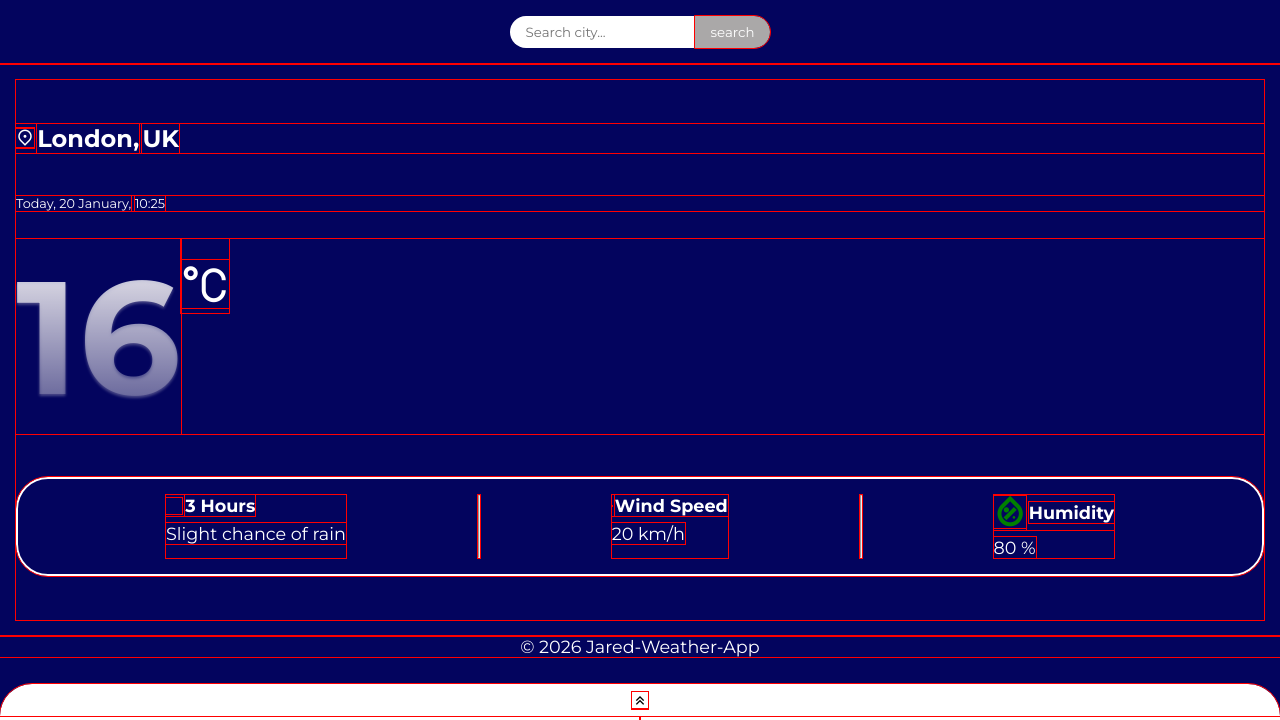
Repository: EguJaredoBoyd/Jared-Weather-App
Page: main.html
The author's editor kept a copy of each file at every save. The page is drawn from the files as they stood at one save, then again after the next save.
The browser window is 1280 px wide. The pictures show the whole page.
Some icons come from a web library that is not loaded, so they are not drawn. Some web libraries are served in a nearby version.

Above is the page before, as saved 2026-02-09 02:46:46.

### main.html
<!doctype html>
<html lang="en">
  <head>
    <meta charset="UTF-8" />
    <meta name="viewport" content="width=device-width, initial-scale=1.0" />
    <link rel="preconnect" href="https://fonts.googleapis.com" />
    <link rel="preconnect" href="https://fonts.gstatic.com" crossorigin />
    <link
      href="https://fonts.googleapis.com/css2?family=Montserrat:ital,wght@0,100..900;1,100..900&display=swap"
      rel="stylesheet"
    />
    <link
      href="https://cdn.jsdelivr.net/npm/remixicon@4.8.0/fonts/remixicon.css"
      rel="stylesheet"
    />
    <link rel="stylesheet" href="./css/styles.css" />
    <script src="./js/main.js" defer></script>
    <script src="./js/weather.js" defer></script>
    <title>Jared-Weather-App</title>
  </head>
  <body class="weather-app">
    <div class="weather-app__container">
      <header>
        <div class="search-place">
          <input
            type="text"
            placeholder="Search city..."
            aria-label="Search city"
            id="search-input"
          />
          <button id="search-button">search</button>
        </div>
      </header>
      <main>
        <section class="current-weather">
          <div class="place-searched">
            <i class="ri-map-pin-2-line"></i>
            <div class="place-name">
              <h3 class="city-name">London,</h3>
              <h3 id="country-name">UK</h3>
            </div>
          </div>
          <div class="date-today">
            <time datetime="2026-01-20" id="date-time">Today, 20 January,</time>
            <time datetime="10:45" id="current-time">10:25</time>
          </div>
          <div class="place-temperature">
            <span class="place-temperature__measure" id="temp-measure">16</span>
            <span class="place-temperature__degree"
              ><i class="ri-celsius-line"></i
            ></span>
          </div>
          <div class="place-forecast">
            <article class="forecast-item forecast-item--weather">
              <div>
                <img src="" alt="" id="weather-icon" />
                <span>3 Hours</span>
              </div>
              <span id="weather-description">Slight chance of rain</span>
            </article>
            <hr />

            <article class="forecast-item forecast-item--wind">
              <div>
                <span><i class="ri-arrow-right-up-long-line"></i></span>
                <span>Wind Speed</span>
              </div>
              <span id="wind-speed">20 km/h</span>
            </article>
            <hr />

            <article class="forecast-item forecast-item--uv">
              <div>
                <span><i class="ri-water-percent-line"></i></span>
                <span>Humidity</span>
              </div>
              <span id="humidity">80 %</span>
            </article>
          </div>
        </section>
        <section class="swipe-section" aria-hidden="true" id="swipe-section">
          <!-- Slide for the hourly and daily forecast -->
          <button class="sheet-handle" id="sheet-handle" aria-expanded="false">
            <i class="ri-arrow-up-double-line" id="icon-handle"></i>
          </button>

          <div class="swipe-forecast">
            <!-- Pressure Forecast -->
            <article class="sheet-card pressure-forecast">
              <div class="weather-header">
                <span>Pressure</span>
                <span><i class="ri-sun-cloudy-line"></i></span>
              </div>
              <span id="weather-pressure">1000hPa</span>
            </article>

            <!-- Visibility and fog Forecast -->
            <article class="sheet-card visibility-forecast">
              <div class="weather-header">
                <span>Visibility</span>
                <span><i class="ri-foggy-fill"></i></span>
              </div>
              <span id="weather-visibility">1000km</span>
            </article>

            <!-- Maximum Temperature -->
            <article class="sheet-card maximum-temperature">
              <div class="weather-header">
                <span>Temperature Max</span>
                <span><i class="ri-sun-line"></i></span>
              </div>
              <div>
                <span id="weather-temp-max">16</span>
                <span><i class="ri-celsius-line"></i></span>
              </div>
            </article>

            <!-- Minimum Temperature-->
            <article class="sheet-card minimum-temperature">
              <div class="weather-header">
                <span>Temperature Min</span>
                <span><i class="ri-cloudy-line"></i></span>
              </div>
              <div>
                <span id="weather-temp-min">9</span>
                <span><i class="ri-celsius-line"></i></span>
              </div>
            </article>
          </div>
        </section>
      </main>
      <footer>
        <div><p>&copy; 2026 Jared-Weather-App</p></div>
      </footer>
    </div>
  </body>
</html>

### css/styles.css
/* ==== CSS RESET ==== */
*,
*::before,
*::after {
  margin: 0;
  padding: 0;
  box-sizing: border-box;
  outline: 1px solid red;
}

:root {
  --background-color: #03045e;
  --text-color: white;
  --font: "Montserrat", sans-serif;
}

html {
  font-size: 16px;
  height: 100%;
}

body {
  background-color: var(--background-color);
  color: var(--text-color);
  height: 100%;
  font-family: var(--font);
}

p {
  font-size: clamp(0.5rem, 2.5vw, 1.1rem);
}

.weather-app__container {
  display: flex;
  flex-direction: column;
  min-height: 100dvh;
}

.search-place {
  display: flex;
  justify-content: center;
  padding: 1rem;
}

.search-place input {
  padding: 0.5rem 1rem;
  border: none;
  border-bottom-left-radius: 1rem;
  border-top-left-radius: 1rem;
  font-family: var(--font);
  outline: none;
}

.search-place button {
  border: none;
  border-top-right-radius: 1rem;
  border-bottom-right-radius: 1rem;
  padding: 0.5rem 1rem;
  font-family: var(--font);
  margin-left: -1rem;
  background: rgb(170, 168, 168);
  color: var(--text-color);
}

main {
  display: flex;
  flex-direction: column;
  padding: 1rem;
}

.current-weather {
  display: flex;
  flex-direction: column;
  justify-content: space-evenly;
  min-height: 75dvh;
}

.place-searched {
  display: flex;
  align-items: center;
  column-gap: 0.2rem;
  font-size: large;
}

.place-name {
  display: flex;
  align-items: center;
  column-gap: 0.2rem;
}

.city-name,
#country-name {
  font-size: clamp(0.5rem, 6vw, 1.5rem);
}

.date-today {
  font-size: clamp(0.5rem, 3vw, 0.8rem);
}

.place-temperature {
  display: flex;
  align-items: center;
  position: relative;
  margin-top: -1rem;
}

.place-temperature__measure {
  font-size: clamp(5rem, 38vw, 10rem);
  font-weight: 700;
  background: linear-gradient(to bottom, white, var(--background-color));
  -webkit-background-clip: text;
  background-clip: text;
  -webkit-text-fill-color: transparent;
  text-shadow: 0 2px 3px rgba(243, 235, 235, 0.3);
}

.place-temperature__degree {
  font-size: clamp(1.5rem, 20vw, 3rem);
  align-self: flex-start;
  padding-top: 1rem;
  font-size: clamp(1rem, 10vw, 3rem);
}

.place-forecast {
  display: flex;
  justify-content: space-evenly;
  border: 2px solid white;
  border-radius: 2rem;
  padding: 1rem;
}

.forecast-item {
}

.forecast-item div {
  display: flex;
  align-items: center;
  justify-self: start;
  column-gap: 0.2rem;
  margin-bottom: clamp(0.1rem, 1vh, 1rem);
  font-size: clamp(0.5rem, 2vw, 1.1rem);
  font-weight: 700;
}

.forecast-item span {
  font-size: clamp(0.5rem, 2.5vw, 1.1rem);
}

.forecast-item div span i {
  color: green;
  font-size: 2rem;
}

.forecast-item--weather div img {
  width: 1rem;
  height: 1rem;
}

/* Swipe section styles */

.swipe-section {
  position: fixed;
  min-height: 100dvh;
  top: 95%;
  right: 0;
  left: 0;
  transition: transform 2s ease;
  background-color: var(--text-color);
  color: var(--background-color);
  border-radius: 2rem;
}

.swipe-section.is-open {
  transform: translateY(-30%);
}

.no-scroll {
  overflow: hidden;
}

.swipe-section button {
  margin: 0.5rem auto;
  display: flex;
  justify-self: center;
  background: none;
  border: none;
}

.swipe-section button i {
  font-size: 1rem;
}

.swipe-forecast {
  display: grid;
  grid-template-columns: repeat(2, 1fr);
  justify-content: space-between;
  min-height: 20dvh;
}

.sheet-card {
  font-size: clamp(0.5rem, 2.5vw, 1.1rem);
  padding: 1rem;
}

.weather-header {
  font-weight: 700;
  margin-bottom: 1rem;
}

footer div p {
  text-align: center;
}

### js/main.js
//Target all the buttons necessary
const swipeSection = document.getElementById("swipe-section");
const sheetHandle = document.getElementById("sheet-handle");
const iconHandle = document.getElementById("icon-handle");

//Create a function to handle swipe
function handleSwipe() {
  sheetHandle.addEventListener("click", () => {
    const isOpen = swipeSection.classList.toggle("is-open");

    //Add accessibilty and optimization
    swipeSection.setAttribute("aria-hidden", !isOpen);
    sheetHandle.setAttribute("aria-expanded", isOpen);

    //Statement to switch icons
    iconHandle.className = isOpen
      ? "ri-arrow-down-double-line"
      : "ri-arrow-up-double-line";

    //Add a class to handle the scroll
    document.body.classList.toggle("no-scroll");
  });
}

handleSwipe();

### js/weather.js
//My API key 56d08a907c0260865bb8f620502bfcbf
const WEATHER_API_KEY = "56d08a907c0260865bb8f620502bfcbf";

//Target my button and search input for city
const searchInput = document.getElementById("search-input");
const searchButton = document.getElementById("search-button");

//Target The innerHTMLs for manipulation of time elements
const cityName = document.querySelector(".city-name");
const countryName = document.getElementById("country-name");
const dateTime = document.getElementById("date-time");
const currentTime = document.getElementById("current-time");

//Target the innerHTMLs for manipulation of weather elements
const tempMeasure = document.getElementById("temp-measure");
const weatherIcon = document.getElementById("weather-icon");
const weatherDescription = document.getElementById("weather-description");
const windSpeed = document.getElementById("wind-speed");
const humidity = document.getElementById("humidity");
const weatherPressure = document.getElementById("weather-pressure");
const weatherVisibility = document.getElementById("weather-visibility");
const weatherTempMax = document.getElementById("weather-temp-max");
const weatherTempMin = document.getElementById("weather-temp-min");

//Create function to ask for weather app
async function fetchWeather(city) {
  try {
    const apiResponse = await fetch(
      `https://api.openweathermap.org/data/2.5/forecast?q=${city}&units=metric&appid=${WEATHER_API_KEY}`,
    );

    const apiData = await apiResponse.json();
    console.log(apiData);

    //Get the API weather city endpoints
    const countryCity = apiData.city;

    const cityDate = apiData.list[0];

    //Display the country in UI
    cityName.textContent = `${city},`;
    countryName.textContent = `${countryCity.country}`;

    //Get the API weather date endpoints
    const currentDateTime = cityDate.dt * 1000;
    const date = new Date(currentDateTime);
    const dateToday = date.toLocaleDateString("en-GB", {
      weekday: "short",
      month: "short",
      day: "numeric",
    });

    //Get time from new date
    function newDateTime() {
      const utcTime = Date.now();
      const timeZone = apiData.city.timezone;
      const cityTime = utcTime + timeZone * 1000;
      const cityDateTime = new Date(cityTime);

      const hours = cityDateTime.getUTCHours();
      const minutes = cityDateTime.getUTCMinutes();
      const seconds = cityDateTime.getUTCSeconds();

      //Display the date in the UI
      dateTime.textContent = `Today, ${dateToday},`;
      currentTime.textContent = `${hours}:${minutes.toString().padStart(2, "0")}:${seconds.toString().padStart(2, "0")}`;
    }

    newDateTime();

    //Function to get weather details
    function getWeatherForcast() {
      const temperature = Math.round(apiData.list[0].main.temp);
      tempMeasure.textContent = `${temperature}`;

      const description = apiData.list[0].weather[0].description;
      weatherDescription.textContent = `${description}`;

      const getIcon = apiData.list[0].weather[0].icon;
      weatherIcon.src = `https://openweathermap.org/img/wn/${getIcon}@2x.png`;
      weatherIcon.alt = `${description}`;

      const getWindSpeed = apiData.list[0].wind.speed;
      const getWindSpeedKMH = Math.round(getWindSpeed * 3.6);
      windSpeed.textContent = `${getWindSpeedKMH} km/h`;

      const getHumidity = apiData.list[0].main.humidity;
      humidity.textContent = `${getHumidity} %`;

      //Swipe Section
      const pressure = apiData.list[0].main.pressure;
      weatherPressure.textContent = `${pressure} hPa`;

      const visibility = apiData.list[0].visibility / 1000;
      weatherVisibility.textContent = `${visibility} km`;

      const tempMax = Math.round(apiData.list[0].main.temp_max);
      weatherTempMax.textContent = `${tempMax}`;

      const tempMin = Math.round(apiData.list[0].main.temp_min);
      weatherTempMin.textContent = `${tempMin}`;
    }

    getWeatherForcast();

    //Update date every minute
    setInterval(() => {
      newDateTime();
    }, 1000);
  } catch (error) {
    console.error(error.message);
  }
}

//Search for city
searchButton.addEventListener("click", () => {
  const city = searchInput.value.trim();
  if (!city) return;

  fetchWeather(city);
});

After the next save:
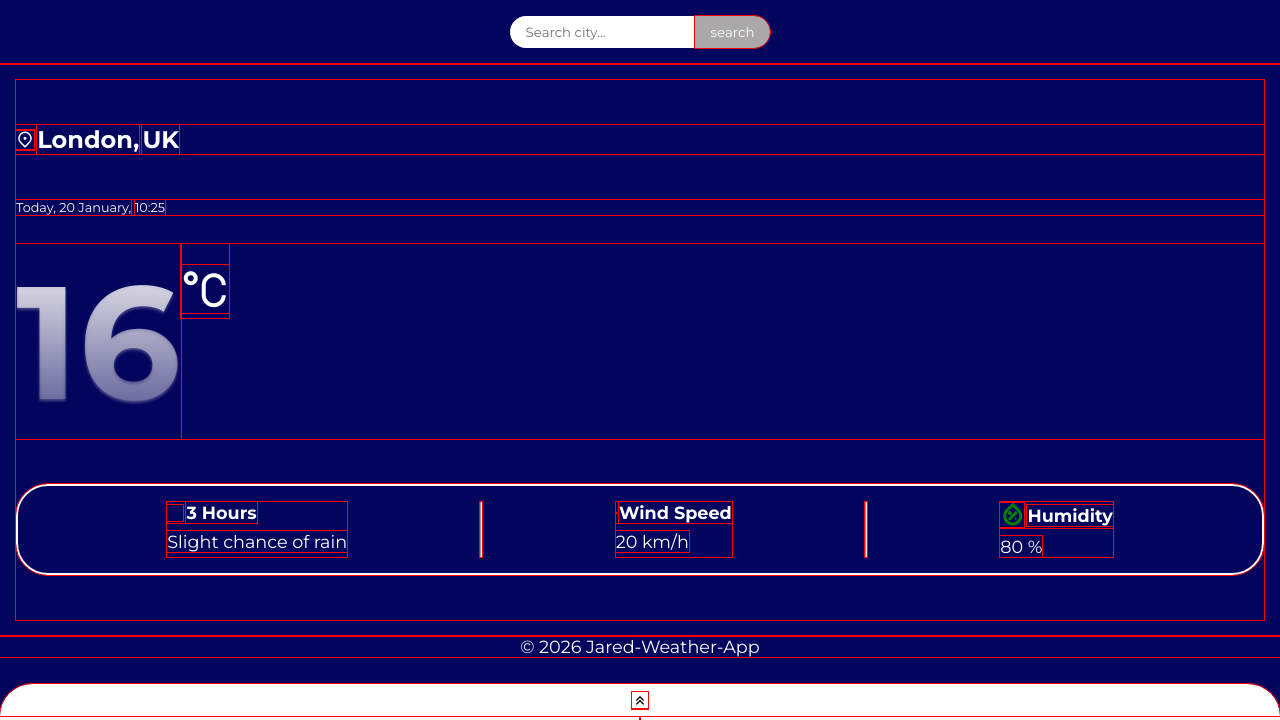
Saved 8 s later.
--- a/css/styles.css
+++ b/css/styles.css
@@ -148,7 +148,7 @@ main {
 
 .forecast-item div span i {
   color: green;
-  font-size: 2rem;
+  font-size: 1.5rem;
 }
 
 .forecast-item--weather div img {
